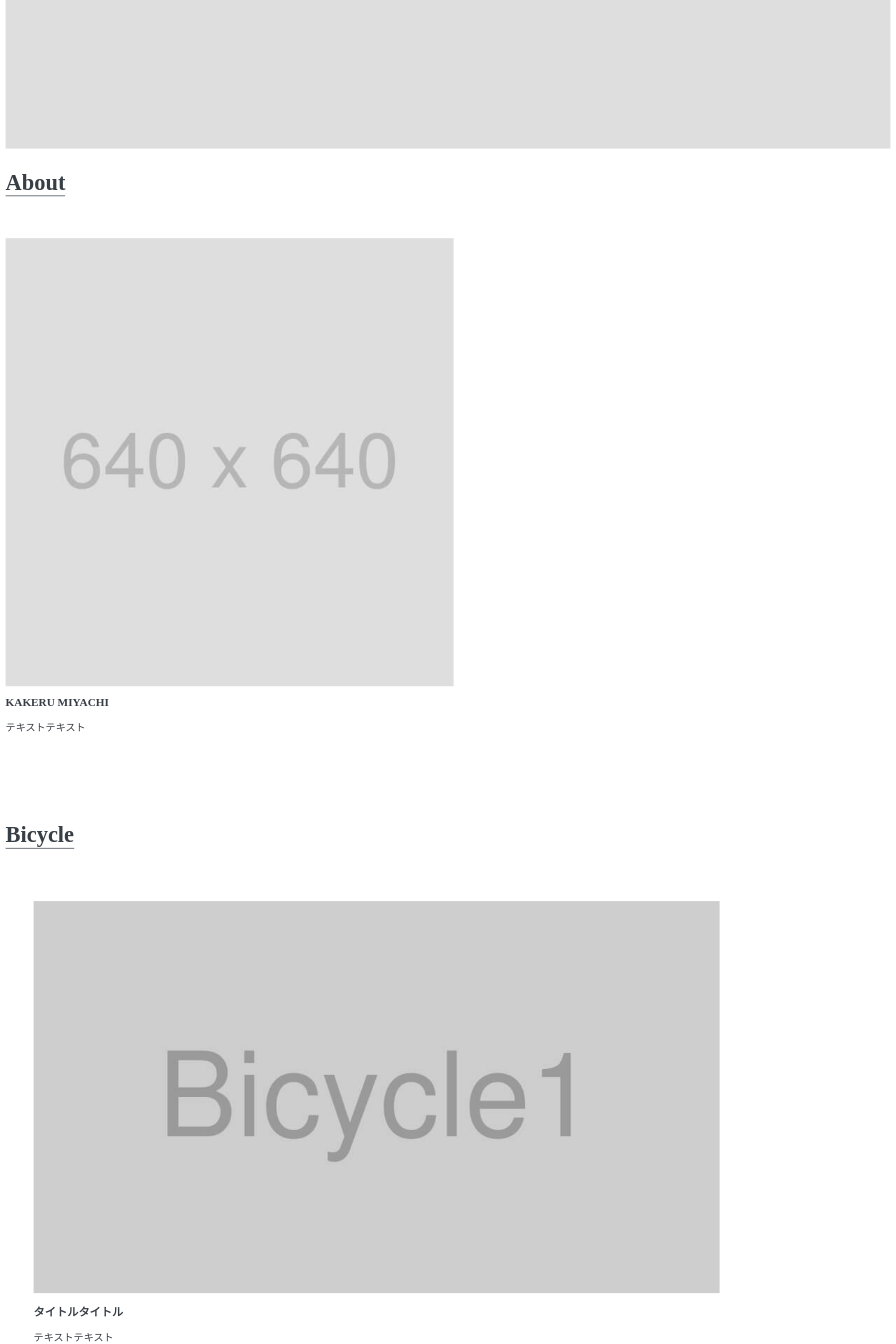
Repository: Fuki-san/bicycle
Page: http://localhost/profile
These files come from the project's save history. The page is drawn as it stood at one moment and after a run of saves; the edit follows.
The browser window is 1280 px wide. The pictures show the part of the page from y = 1145 to 3065 px (the page is 4493 px tall), at 70% of full size.
The page is served by the project's Laravel application, run on PHP 8.4 with Laravel 10. Other server files are loaded and not shown.

Above is the page before, as saved 2023-11-18 14:57:51.

### routes/web.php
<?php

use Illuminate\Support\Facades\Route;

/*
|--------------------------------------------------------------------------
| Web Routes
|--------------------------------------------------------------------------
|
| Here is where you can register web routes for your application. These
| routes are loaded by the RouteServiceProvider and all of them will
| be assigned to the "web" middleware group. Make something great!
|
*/

Route::get('profile', function() {
    return view('bicycle');
})->name('profile');

### resources/views/bicycle.blade.php
@extends('layouts.main')

@section('title', 'bicycle')

@section('content')
    <header id="header">
        <h1 id="site-title"><a href="{{ route('profile') }}"><img src="img/logo.svg"></a></h1>
        <nav>
            <ul>
                <li><a href="#about">About</a></li>
                <li><a href="#bicycle">Bicycle</a></li>
            </ul>
        </nav>
    </header>

    <main>
        <div id="mainvisual">
            <img src="img/mainvisual.jpg">
        </div>

        <section id="about" class="wrapper">
            <h2 class="section-title">About</h2>
            <div class="content">
                <img src="img/about.jpg">
                <div class="text">
                    <h3 class="content-title">KAKERU MIYACHI</h3>
                    <p>テキストテキスト</p>
                </div>
            </div>
        </section>

        <section id="bicycle" class="wrapper">
            <h2 class="section-title">Bicycle</h2>
            <ul>
                <li><img src="img/bicycle1.jpg"><h3 class="content-title">タイトルタイトル</h3><p>テキストテキスト</p></li>
                <li><img src="img/bicycle2.jpg"><h3 class="content-title">タイトルタイトル</h3><p>テキストテキスト</p></li>
                <li><img src="img/bicycle3.jpg"><h3 class="content-title">タイトルタイトル</h3><p>テキストテキスト</p></li>
            </ul>
        </section>

    </main>

    <footer id="footer">
        <p>&copy; 2023 Profile</p>
    </footer>

@endsection

### resources/views/layouts/main.blade.php
<!DOCTYPE html>
<html lang="ja">
<head>
    <meta charset="UTF-8">
    <meta name="viewport" content="width=device-width, initial-scale=1.0">
    <meta http-equiv="X-UA-Compatible" content="ie=edge">
    <link rel="stylesheet" href="{{ asset('css/reset.css') }}">
    <link rel="stylesheet" href="{{ asset('css/style.css') }}">
    <link rel="icon" href="img/favicon.ico">
    <title>@yield('title')</title>
</head>
<body>
    @yield('content')
</body>
</html>

### public/css/style.css
@charset "UTF-8";

html{
    font-size: 100%;
}

body{
    font-size: 0.9rem;
    color: #383e45;
}

a{
    text-decoration: none;
}

img{
    max-width: 100%;
}

li{
    list-style: none;
}

.site-title{
    width: 120px;
    padding: 10px 0;
    line-height: 1px;
}

.site-title a{
    display: block;
}

.section-title{
    font-size: 2rem;
    text-align: center;
    border-bottom: solid 1px #383e45;
    display: inline-block;
    margin-bottom: 60px;
}

.content-title{
    font-size: 1rem;
    margin: 10px 0;
}

.wrapper{
    margin: 0 auto 100px auto;
    paddi
}

### public/img/logo.svg
<?xml version="1.0" encoding="utf-8"?>
<!-- Generator: Adobe Illustrator 15.1.0, SVG Export Plug-In . SVG Version: 6.00 Build 0)  -->
<!DOCTYPE svg PUBLIC "-//W3C//DTD SVG 1.1//EN" "http://www.w3.org/Graphics/SVG/1.1/DTD/svg11.dtd">
<svg version="1.1" id="レイヤー_1" xmlns="http://www.w3.org/2000/svg" xmlns:xlink="http://www.w3.org/1999/xlink" x="0px"
	 y="0px" width="1500px" height="500px" viewBox="0 0 1500 500" enable-background="new 0 0 1500 500" xml:space="preserve">
<g>
	<rect x="0" fill="#393E46" width="1500" height="500"/>
</g>
<g>
	<path fill="#FFFFFF" d="M314.698,365.466h-48.583v-232.55h106.235c45.02,0,72.227,28.825,72.227,74.493
		c0,21.052-11.66,74.169-74.171,74.169h-55.708V365.466z M359.719,241.417c36.275,0,36.275-25.911,36.275-36.275
		c0-22.672-12.632-32.064-42.754-32.064h-38.542v68.34H359.719z"/>
	<path fill="#FFFFFF" d="M478.26,193.158h43.4v29.799h0.646c9.395-17.49,19.758-34.333,47.288-34.333
		c2.915,0,5.83,0.323,8.745,0.647v45.992c-3.887-0.648-8.745-0.648-12.956-0.648c-35.303,0-41.78,22.024-41.78,41.133v89.718H478.26
		V193.158z"/>
	<path fill="#FFFFFF" d="M676.155,370c-46.315,0-88.097-28.501-88.097-90.688c0-62.186,41.781-90.688,88.097-90.688
		c46.316,0,88.097,28.503,88.097,90.688C764.252,341.499,722.472,370,676.155,370z M676.155,226.843
		c-34.979,0-41.457,30.445-41.457,52.47c0,22.023,6.478,52.469,41.457,52.469s41.458-30.445,41.458-52.469
		C717.613,257.288,711.135,226.843,676.155,226.843z"/>
	<path fill="#FFFFFF" d="M848.461,365.466h-45.344V225.547h-24.939v-32.389h24.939v-13.927c0-35.628,19.434-49.231,50.527-49.231
		c13.278,0,19.432,0.323,23.318,0.648v36.599h-12.631c-15.547,0-15.871,4.858-15.871,19.109v6.802h29.474v32.389h-29.474V365.466z"
		/>
	<path fill="#FFFFFF" d="M950.484,172.754H905.14v-42.105h45.345V172.754z M950.484,193.158v172.308H905.14V193.158H950.484z"/>
	<path fill="#FFFFFF" d="M1040.524,365.466h-45.344v-232.55h45.344V365.466z"/>
	<path fill="#FFFFFF" d="M1231.94,314.939c-11.982,41.457-46.314,55.061-75.788,55.061c-48.584,0-85.83-23.319-85.83-94.252
		c0-20.728,7.125-87.124,82.592-87.124c34.008,0,80.971,16.194,80.971,94.898v8.097h-118.219
		c1.296,12.956,3.887,42.105,40.486,42.105c12.631,0,25.586-6.479,29.148-18.785H1231.94z M1187.245,262.146
		c-2.591-27.855-20.404-36.275-34.979-36.275c-21.377,0-32.713,13.604-35.304,36.275H1187.245z"/>
</g>
</svg>

After the next 2 saves:
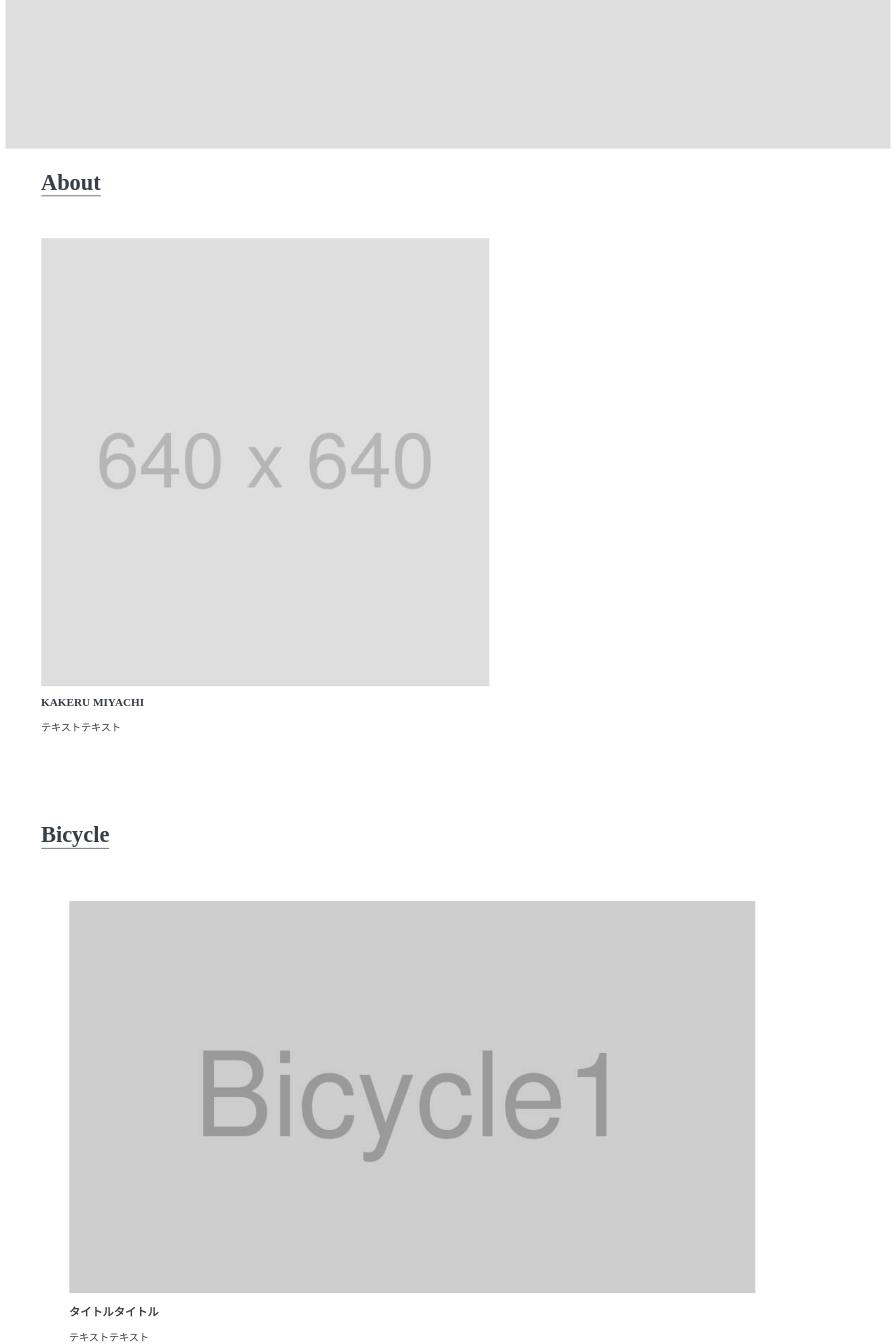
The 2 saves are shown as one change because they came seconds apart.
The last was saved 5 s later.
--- a/public/css/style.css
+++ b/public/css/style.css
@@ -46,5 +46,6 @@ li{
 
 .wrapper{
     margin: 0 auto 100px auto;
-    paddi
+    padding: 0 4%;
+
 }
